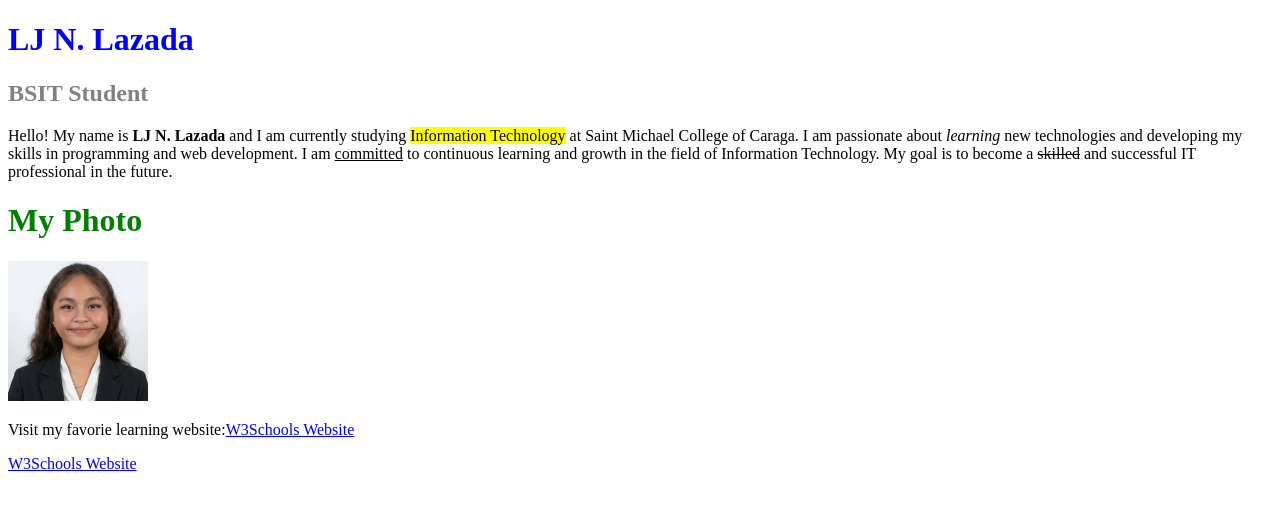
Repository: ljlazada11/myfirsthtml
Page: index.html
These files come from the project's save history. The page is drawn as it stood at one moment and after the next save; the edit follows.
The browser window is 1280 px wide. The pictures show the whole page.

Above is the page before, as saved 2026-06-24 19:28:23.

### index.html
<!DOCTYPE html>
<html lang="en">
<head>
    <meta charset="UTF-8">
    <meta name="viewport" content="width=device-width, initial-scale=1.0">
    <title>My Personal Web Profile</title>
    <link rel="icon" type="image/x-icon" href="images.png">

</head>
<body>
    <h1 style="color:blue;">LJ N. Lazada</h1>
    <h2 style="color:gray;">BSIT Student</h2>
    <p>Hello! My name is <strong>LJ N. Lazada</strong> and I am currently studying <mark>Information Technology</mark> at Saint Michael College of Caraga. I am passionate about <i>learning</i> new technologies and developing my skills in programming and web development. I am <ins>committed</ins> to continuous learning and growth in the field of Information Technology. My goal is to become a <del>skilled</del> and successful IT professional in the future.</p>
</body>
    <h1 style="color:green;">My Photo</h1>
    <img src="pic.jpg" alt="My	Profile	Picture" width="140" height="140">
    <p> Visit my favorie learning website:<a href="https://www.w3schools.com" target="_blank">W3Schools	Website</a></p>
    <a href="https://www.w3schools.com" target="_blank">W3Schools	Website</a>
</html>

After the next save:
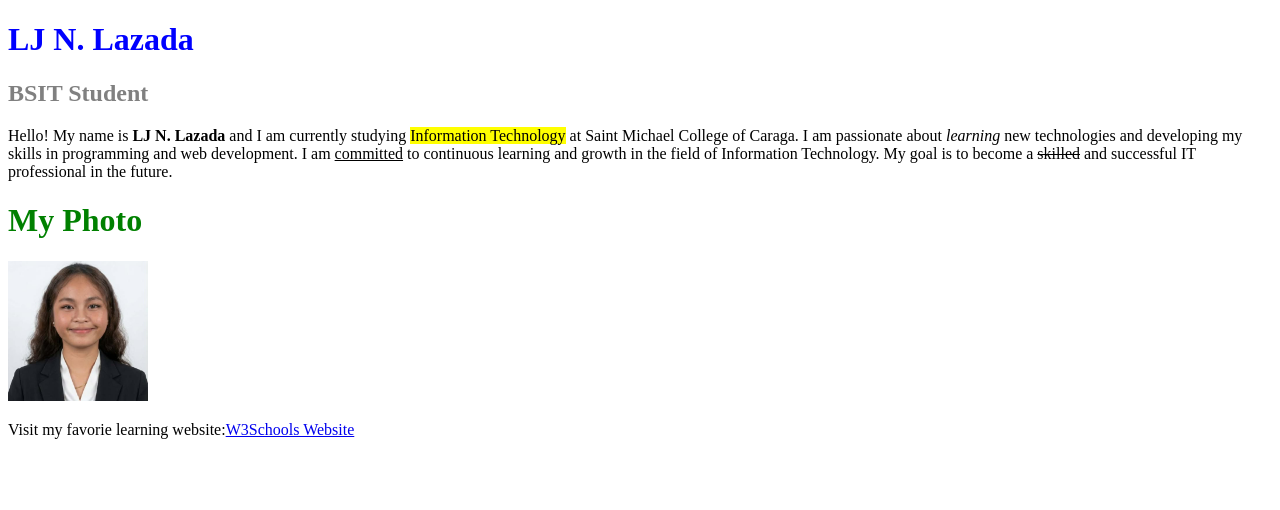
Saved 11 s later.
--- a/index.html
+++ b/index.html
@@ -15,5 +15,5 @@
     <h1 style="color:green;">My Photo</h1>
     <img src="pic.jpg" alt="My	Profile	Picture" width="140" height="140">
     <p> Visit my favorie learning website:<a href="https://www.w3schools.com" target="_blank">W3Schools	Website</a></p>
-    <a href="https://www.w3schools.com" target="_blank">W3Schools	Website</a>
+
 </html>
